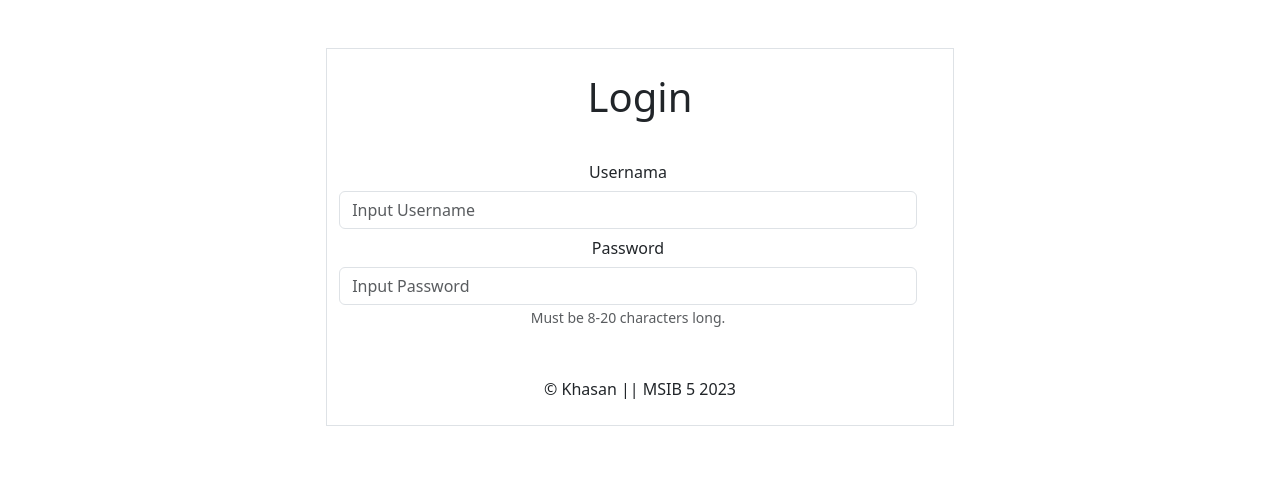
Repository: AHSANS354/Tugas-MSIB-5-GitHub
Page: http://localhost/tugas login/login.php
The author's editor kept a copy of each file at every save. The page is drawn from the files as they stood at one save, then again after the next save.
The browser window is 1280 px wide. The pictures show the whole page.
The page is run by PHP 8.4 with error messages shown; the project is at /var/www/html/.

Above is the page before, as saved 2023-09-27 23:23:10.

After the next save:
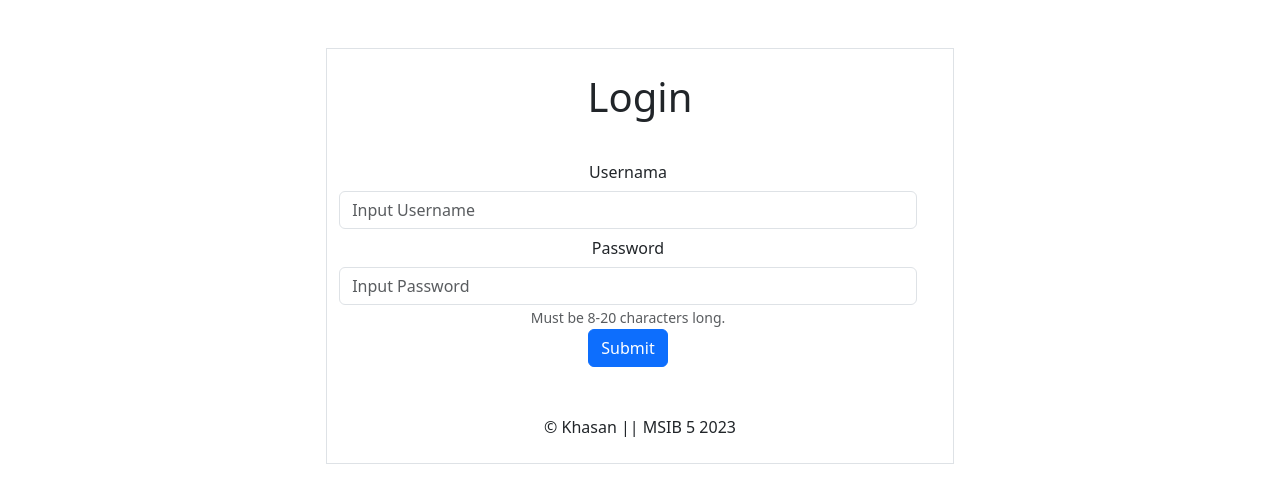
Saved 54 s later.
--- a/tugas login/login.php
+++ b/tugas login/login.php
@@ -30,6 +30,9 @@
                         Must be 8-20 characters long.
                     </span>
                 </div>
+                <div class="col-auto">
+                    <button type="submit" class="btn btn-primary">Submit</button>
+                </div>
             </div>
             <footer class="mt-4 mb-4">&copy; Khasan || MSIB 5 2023</footer>
              </div>
